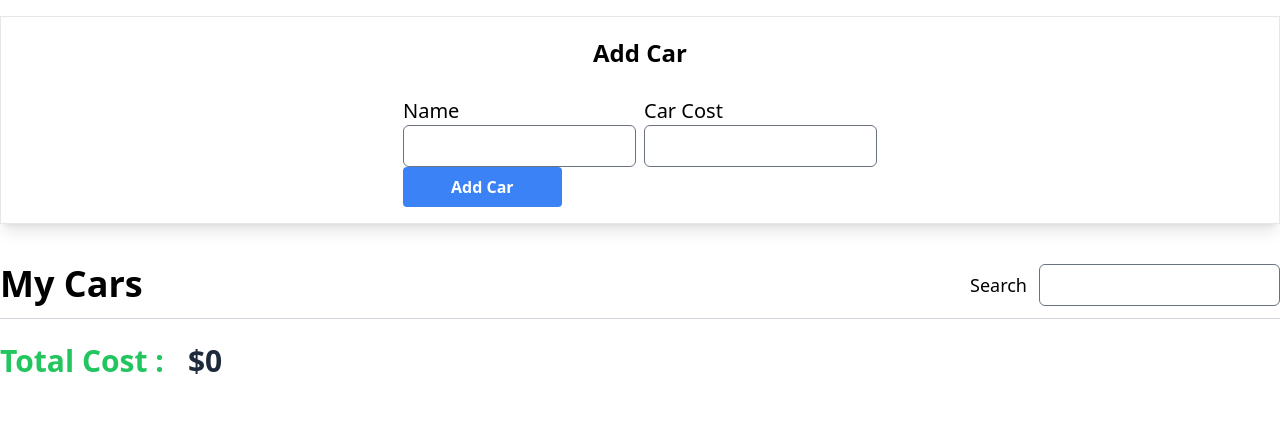
Repository: Marhamat92/carsappreduxtoolkit
Page: /
The author's editor kept a copy of each file at every save. The page is drawn from the files as they stood at one save, then again after the next save.
The browser window is 1280 px wide. The pictures show the whole page.
The project was rebuilt for these pictures with package versions that can differ from the ones it lists, and the page was loaded fresh each time.

Above is the page before, as saved 2023-01-24 01:02:30.

After the next save:
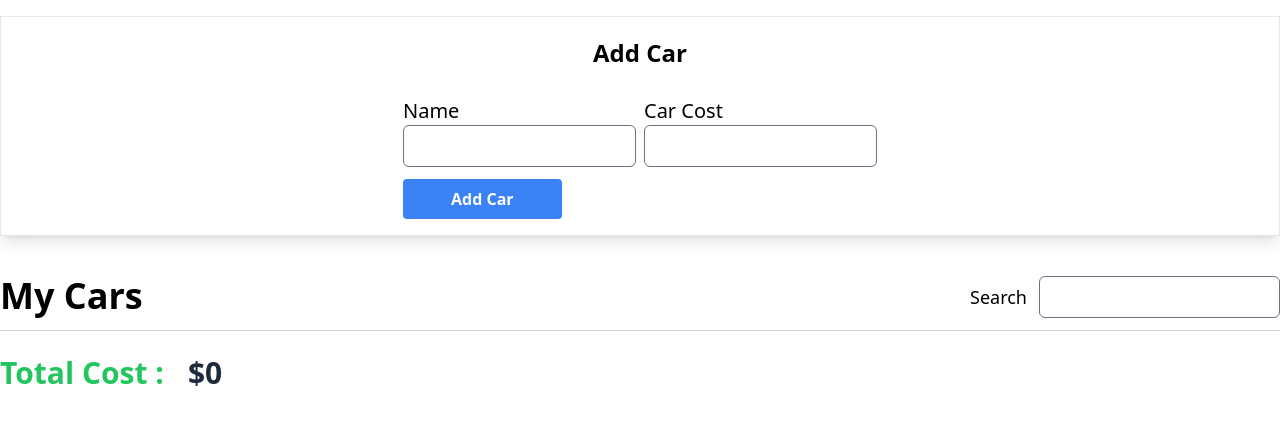
Saved 7 s later.
--- a/src/components/CarForm.js
+++ b/src/components/CarForm.js
@@ -56,7 +56,7 @@ function CarForm() {
 
           </div>
           <div className=''>
-            <button className='bg-blue-500 hover:bg-blue-700 text-white font-bold py-2  px-12 rounded ' type='submit'>Add Car</button>
+            <button className='bg-blue-500 hover:bg-blue-700 text-white font-bold py-2  px-12 rounded mt-3' type='submit'>Add Car</button>
           </div>
 
         </form>
